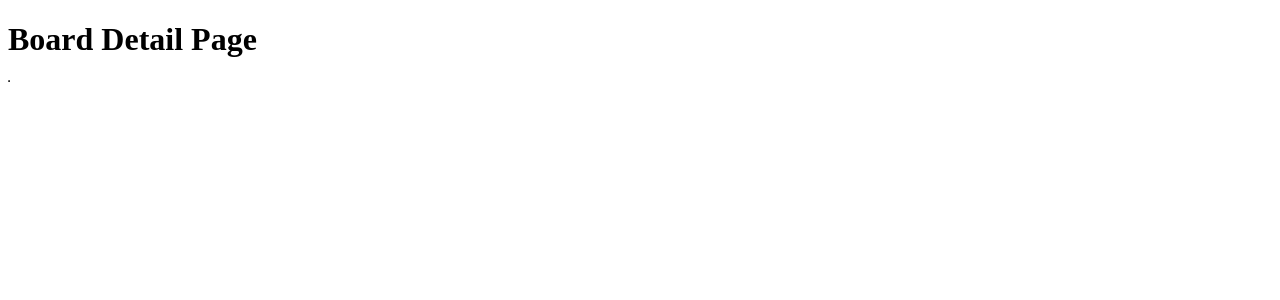
Repository: kurunai/jsp3
Page: http://localhost/jsp_board/board/detail.jsp
These files come from the project's save history. The page is drawn as it stood at one moment and after the next save; the edit follows.
The browser window is 1280 px wide. The pictures show the whole page.
The page is served by Tomcat 9. Other server files are loaded and not shown.

Above is the page before, as saved 2022-08-17 08:55:29.

### _jspworkspace2/jsp_board/src/main/webapp/board/detail.jsp
<%@ page language="java" contentType="text/html; charset=UTF-8"
    pageEncoding="UTF-8"%>
<%@ taglib uri="http://java.sun.com/jsp/jstl/core" prefix="c"%>
<!DOCTYPE html>
<html>
<head>
<meta charset="UTF-8">
<title>Insert title here</title>
</head>
<body>
	<h1>Board Detail Page</h1>
	<table border="1">

	</table>
</body>
</html>

After the next save:
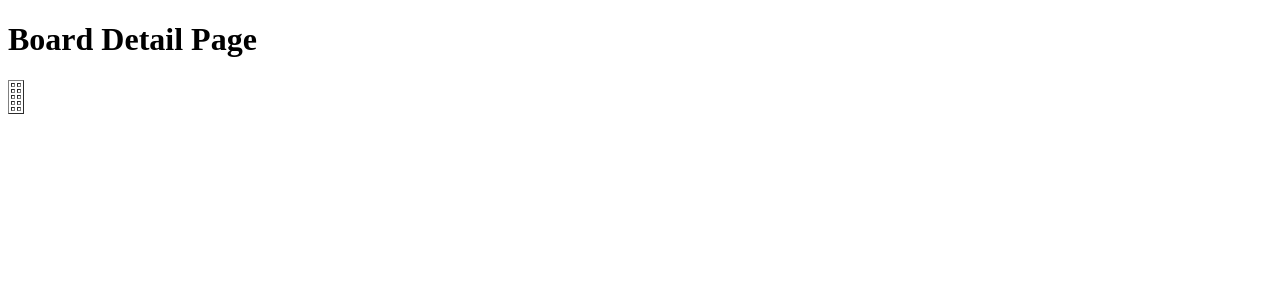
Saved 59 s later.
--- a/_jspworkspace2/jsp_board/src/main/webapp/board/detail.jsp
+++ b/_jspworkspace2/jsp_board/src/main/webapp/board/detail.jsp
@@ -10,7 +10,26 @@
 <body>
 	<h1>Board Detail Page</h1>
 	<table border="1">
-
+		<tr>
+			<th></th>
+			<td></td>
+		</tr>
+		<tr>
+			<th></th>
+			<td></td>
+		</tr>
+		<tr>
+			<th></th>
+			<td></td>
+		</tr>
+		<tr>
+			<th></th>
+			<td></td>
+		</tr>
+		<tr>
+			<th></th>
+			<td></td>
+		</tr>
 	</table>
 </body>
 </html>
